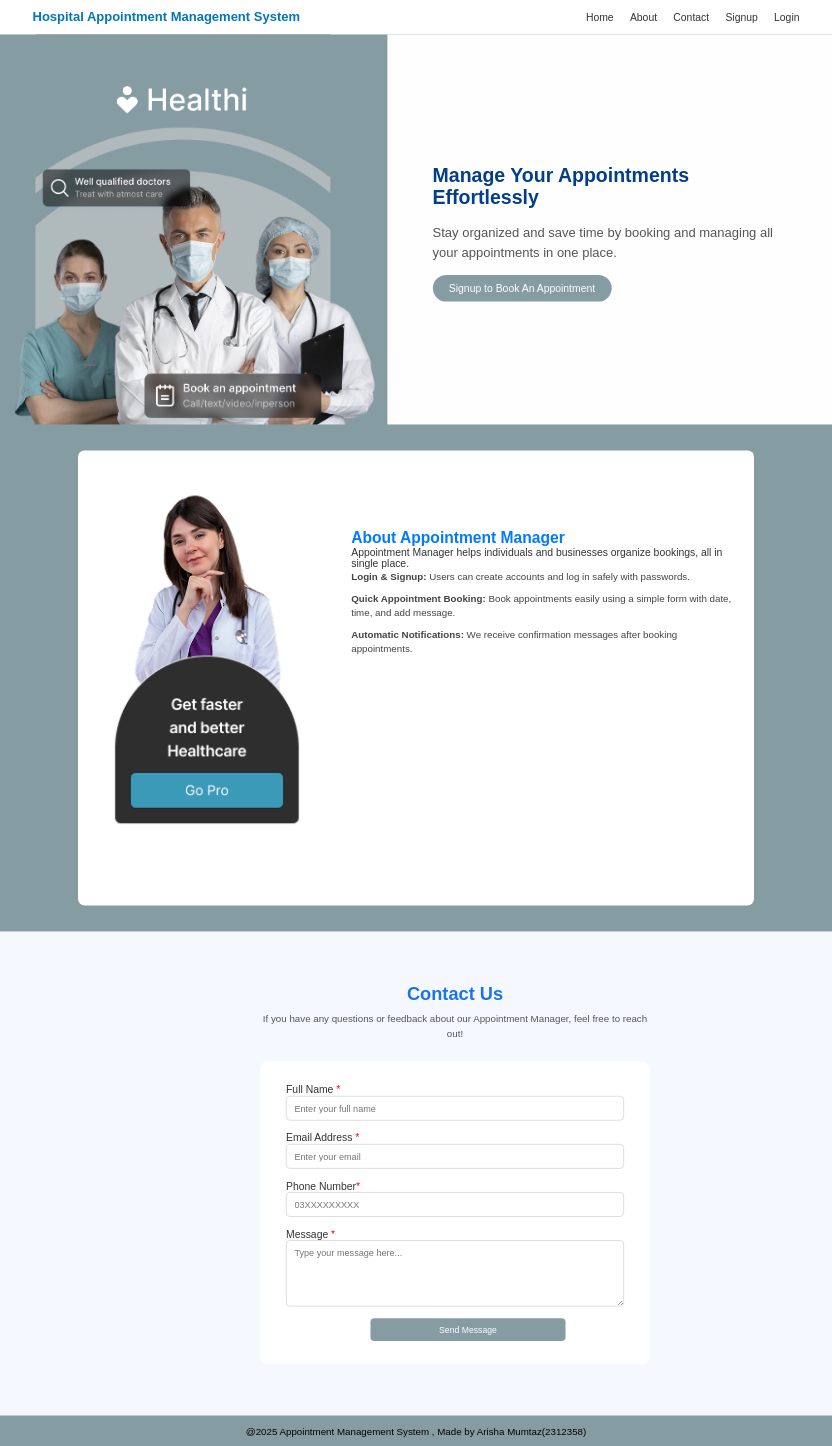
Repository: Arisha004/hospital-management-midterm-
Page: landingpage.html
An editor plug-in stored every save of this project. The page is shown before and after the next save, followed by the edit.
The browser window is 1280 px wide. The pictures show the whole page, at 65% of full size.

Above is the page before, as saved 2025-11-08 14:37:27.

After the next save:
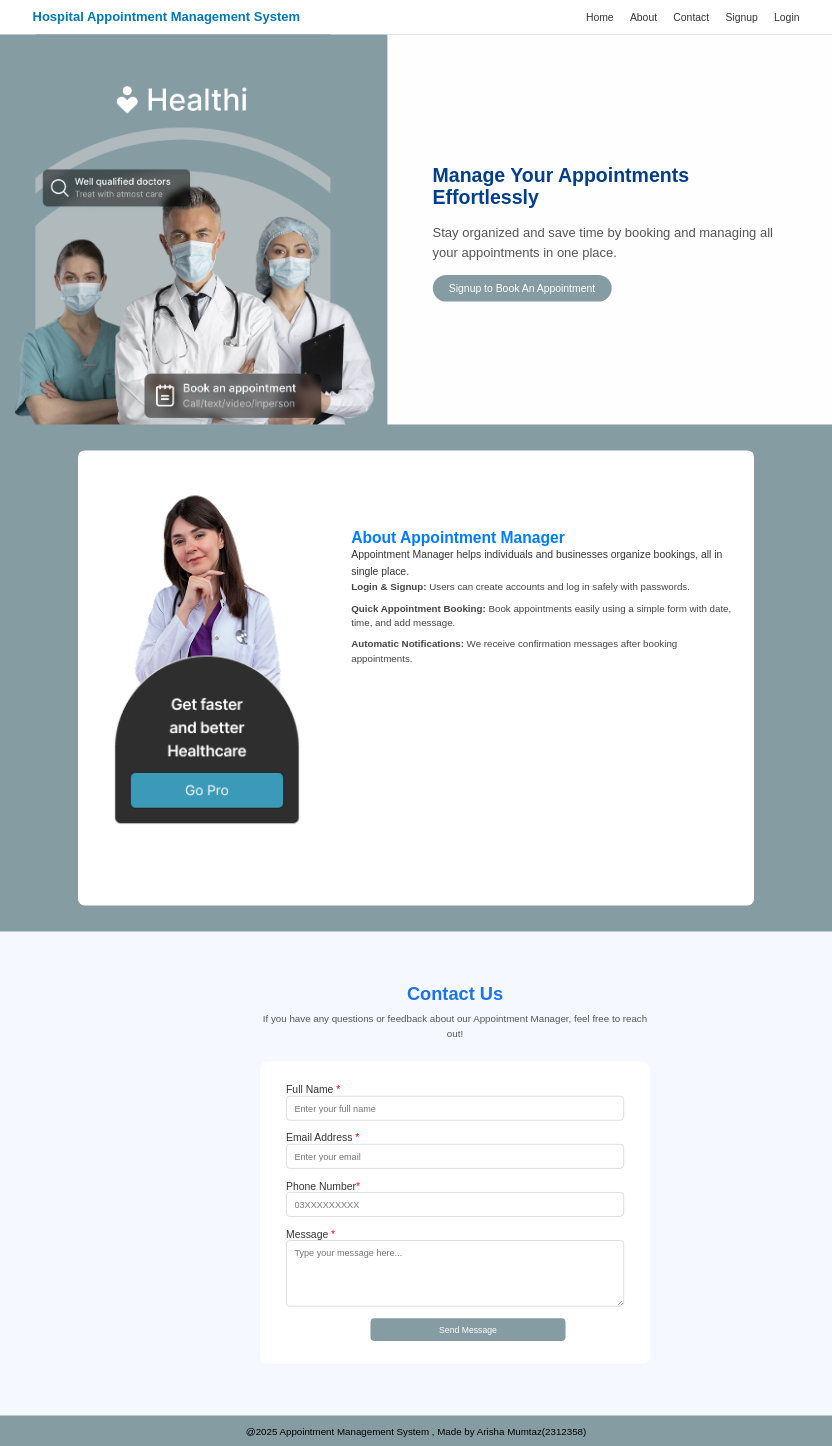
Saved 4 s later.
--- a/landingpage.html
+++ b/landingpage.html
@@ -59,7 +59,7 @@ a{
     <div class="leftabout">
 
         <h2 style="margin-top: 70px;">About Appointment Manager</h2>
-        <p style="line-height: ;">Appointment Manager helps individuals and businesses organize bookings, all in single place.</p>
+        <p style="line-height: 1.6;">Appointment Manager helps individuals and businesses organize bookings, all in single place.</p>
         <ul class="features">
               <li><strong> Login & Signup:</strong> Users can create accounts and log in safely with  passwords.</li>
 <li><strong>Quick Appointment Booking:</strong> Book appointments easily using a simple form with date, time, and add message.</li>
